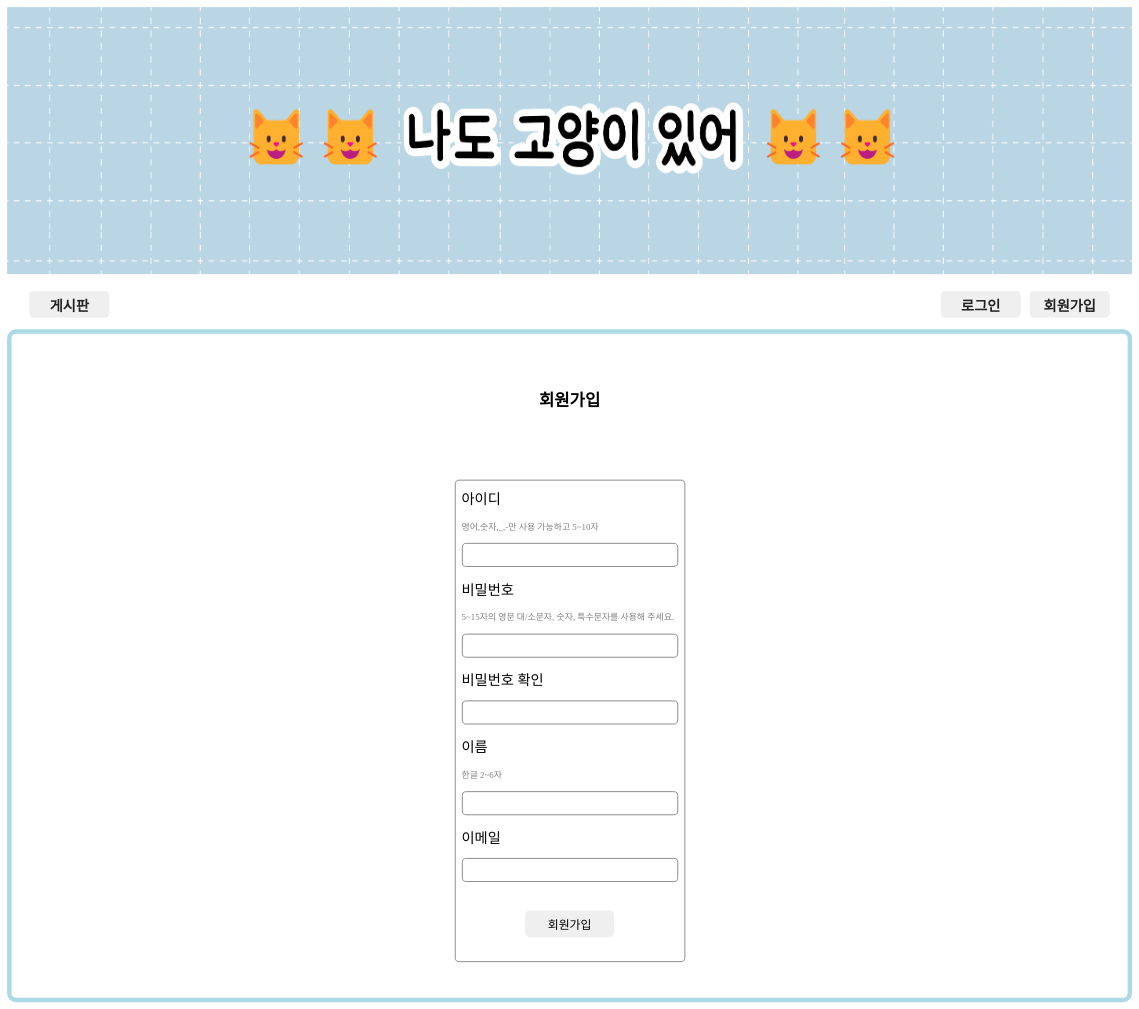
Repository: hh7711/Goit
Page: http://localhost/Goit/WEB-INF/views/signUpPage.jsp
These files come from the project's save history. The page is drawn as it stood at one moment and after the next save; the edit follows.
The browser window is 1280 px wide. The pictures show the whole page, at 89% of full size.
Some web fonts or font styles are not loaded; a fallback is used. The page is served by Tomcat 9. Nobody is signed in. Other server files are loaded and not shown. The template is opened directly, without the code that normally fills it, so the values that code supplies are empty.

Above is the page before, as saved 2023-08-03 07:11:44.

### Goit/src/main/webapp/WEB-INF/views/signUpPage.jsp
<%@ page language="java" contentType="text/html; charset=UTF-8"
    pageEncoding="UTF-8"%>
<%@ taglib prefix="c" uri="http://java.sun.com/jsp/jstl/core" %>
<!DOCTYPE html>
<html>
<head>
<meta charset="UTF-8">
<title>나도 고양이 있어</title>
    <style>
    	@font-face {
		    font-family: 'Dovemayo_gothic';
		    src: url('https://cdn.jsdelivr.net/gh/projectnoonnu/noonfonts_2302@1.1/Dovemayo_gothic.woff2') format('woff2');
		    font-weight: normal;
		    font-style: normal;
		}
		body,button,textarea {
			font-family: 'Dovemayo_gothic';
		}
		#main1{
			border: 5px solid lightblue;
			border-radius: 10px;
		}
		.headBtnDiv{
			margin-bottom: 30px; margin-top: 10px;
			margin-left: 20px; margin-right: 20px;
		}
    	.headBtn{
        	border: 0.5px;
        	width: 90px;
        	height: 30px;
        	color: rgb(34, 34, 34);
        	border-radius: 5px;
        	font-size: medium;
        	font-weight: bold;
        	margin: 5px;
        }
        .headBtn:hover{
        	background-color: rgb(211, 253, 255);
        }
        .headId{
        	font-size: medium;
        	font-weight: bold;
        	margin-top: 8px; margin-left: 5px; margin-right: 5px; margin-bottom: 10px;
        }
        table{
            margin-left: auto; margin-right: auto;
            margin-top: 40px; margin-bottom: 40px;
            border: 0.2px solid gray;
            border-radius: 5px;
            align-content: center;
        }
        tr,td{
        	padding: 5px;
        }
        input{
            /* border-top: none; border-left: none; border-right: none; */
            /* border-bottom: 0.5px solid; */
            /* border-top-left-radius: 5px; border-top-right-radius: 5px; */
            border: 0.5px solid gray;
            border-radius: 5px;
            height: 23px;
            font-family: 'Dovemayo_gothic';
        }
        .write:focus{
            background-color: #E8F5FF;
            color: rgb(75, 75, 75);
            outline: none;
            /* box-shadow: 0 0 0 2px #f00; */
        }
        #signUp{
            border: none;
            border-radius: 5px;
            width: 100px;
            height: 30px;
        }
        #signUp:hover{
            background-color: #E8F5FF;
        }
    </style>
</head>
<body>
<!-- 상단 -->
	<div>
		<a href="mainPage">
			<img style="height: 300px;" alt="오류" src="resources/main/main15.png" width="100%">
		</a>
	</div>
	<div class="headBtnDiv">
		<button type="button" class="headBtn" style="float: left;" onclick="location.href='boardList'">게시판</button>
		<c:if test="${dto == null}">
			<button type="button" class="headBtn" style="float: right;" onclick="location.href='signUpPage'">회원가입</button>
			&nbsp;<button type="button" class="headBtn" style="float: right;" onclick="location.href='signInPage'">로그인</button>
		</c:if>
		<c:if test="${dto != null}">
			<button type="button" class="headBtn" style="float: right;" onclick="location.href='signOut'">로그아웃</button>&nbsp;
			<button type="button" class="headBtn" style="float: right;" onclick="location.href='myPage'">마이페이지</button>
			<span class="headId" style="float: right;">${dto.id}님</span>
		</c:if>
	</div>
<!-- 상단 -->
	<div id="main1">
		<div id="main2">
			<div><!-- 본문 -->
				<div style="text-align: center; padding: 20px; margin-top: 20px;">
					<h3>회원가입<h3>
				</div>
				<form method="post" action="signUp" name="signup">
					<table>
						<tr>
			                <td>아이디</td>
						</tr>
						<tr>
			                <td style="color: gray; font-size: x-small;">
			                	영어,숫자,_,-만 사용 가능하고 5~10자
			                </td>
						</tr>
			            <tr>
			                <td>
			                    <!-- <input type="text" name="id" id="id" placeholder="아이디를 입력하세요"> -->
			                    <input type="text" name="id" id="id" class="write" size="30" maxlength="10">
			                </td>
			            </tr>
						<tr id="idX" style="display: none;">
							<td>
			                   	사용할 수 없는 아이디입니다. 다른 아이디를 입력해 주세요.
			                </td>
						</tr>
						<tr id="idO" style="display: none;">
			                <td>
				                    사용 가능한 아이디 입니다.
			                </td>
						</tr>
						<tr>
			                <td>
			                	비밀번호
			                </td>
						</tr>
						<tr>
			                <td style="color: gray; font-size: x-small;">
			                	5~15자의 영문 대/소문자, 숫자, 특수문자를 사용해 주세요.
			                </td>
						</tr>
			            <tr>
			                <td>
			                    <input type="password" id="pwd1" class="write" size="30" maxlength="15">
			                </td>
			            </tr>
						<tr>
			                <td>비밀번호 확인</td>
						</tr>
			            <tr>
			                <td>
			                    <input type="password" name="pwd" id="pwd2" class="write" size="30" maxlength="15">
			                </td>
			            </tr>
			            <tr id="pwdX" style="display: none;">
			                <td>
			                    비밀번호가 일치하지 않습니다.
			                </td>
			            </tr>
			            <tr id="pwdO" style="display: none;">
			                <td>
								비밀번호가 일치합니다.
			                </td>
			            </tr>
						<tr>
			                <td>이름</td>
						</tr>
						<tr>
			                <td style="color: gray; font-size: x-small;">
			                	한글 2~6자
			                </td>
						</tr>
			            <tr>
			                <td colspan="2">
			                    <input type="text" name="name" id="name" class="write" size="30" maxlength="6">
			                </td>
			            </tr>
						<tr>
			                <td>이메일</td>
						</tr>
			            <tr>
			                <td colspan="2">
			                    <input type="text" name="email" id="email" class="write" size="30">
			                </td>
			            </tr>
			            <tr>
			                <td align="center">
			                    <div style="margin: 20px;">
			                        <button type="button" id="signUp">회원가입</button>
			                    </div>
			                </td>
			            </tr>
					</table>
				</form>
			</div><!-- 본문 -->
		</div><!-- main1 -->
	</div><!-- main2 -->
    <script src="https://ajax.googleapis.com/ajax/libs/jquery/3.3.1/jquery.min.js"></script>
    <script type="text/javascript">
        var idCheck = false;
        var pwdCheck = false;
        $("#id").on("propertychange change keyup paste input", function () {
        	var id = $(this).val();
            $.ajax({
                url: "idCheck",
                type: "post",
                data: {id : id},
                dataType: "json",
                success : function(result) {
                    if (result == 2) {
                        $("#idO").show();
                        $("#idX").hide();
                        idCheck = true;
                    }else if (result == 1) {
                        $("#idX").show();
                        $("#idO").hide();
                        idCheck;
                    }
                },
                error: function(){
                    alert("오류");
                }
            });
        });
        $("#pwd2").on("propertychange change keyup paste input", function () {
        	console.log("비밀번호 입력중")
			if ($("#pwd1").val() != $("#pwd2").val()) {
			    $("#pwdX").show();
			    $("#pwdO").hide();
			}else if ($("#pwd1").val() == $("#pwd2").val()) {
			    $("#pwdO").show();
			    $("#pwdX").hide();
			}
        });
//      아이디, 비밀번호, 이름, 이메일 유효성검사를 위한 정규식
// 		영어,숫자,_,-만 사용 가능하고 5~10자
        var userIdCheck = RegExp(/^[A-Za-z0-9_\-]{5,10}$/);
//      영문 대/소문자, 숫자, 특수문자를 하나 이상 포함하여 5~15자
        var userPwdCheck = (/^(?=.*[a-z])(?=.*[A-Z])(?=.*[0-9])(?=.*[!@#$%^*?]).{5,15}$/);
//         한글 2~6자
        var userNameCheck = RegExp(/^[가-힣]{2,6}$/);

        var userEmailCheck = RegExp(/^[A-Za-z0-9_\.\-]+@[A-Za-z0-9\-]+\.[A-Za-z0-9\-]+/);

//      회원가입 버튼 눌렀을때
        $("#signUp").on("click", function() {
			if ($("#id").val() == "") {
				alert("아이디를 입력해주세요.");
				$("#id").focus();
				return false;
			}
			if(!userIdCheck.test($("#id").val())){
		        alert("아이디 형식에 맞게 입력해주세요.");
		        $("#id").focus();
		        return false;
	      	}
        	if (idCheck == false) {
        		alert("이미 존재하는 아이디 입니다.");
				$("#id").focus();
				return false;
			}
			if ($("#id").val().length < 5) {
				alert("아이디는 5글자 이상이여야 합니다");
				$("#id").focus();
				return false;
			}
			if ($("#pwd1").val() == "" || $("#pwd2").val() == "") {
				alert("비밀번호를 입력해주세요.");
				$("#pwd1").focus();
				return false;
			}
			if ($("#id").val() == $("#pwd1").val()) {
				alert("아이디를 비밀번호로 사용할 수 없습니다.");
				$("#pwd1").val("");
				$("#pwd1").focus();
				return false;
			}
			if ($("#pwd1").val().length < 5) {
				alert("비밀번호는 5자 이상이여야 합니다.");
				$("#pwd1").focus();
				return false;
			}
			if ($("#pwd1").val() != $("#pwd2").val()) {
				alert("비밀번호가 일치하지 않습니다.");
				$("#pwd1").focus();
				return false;
			}
			if(!userPwdCheck.test($("#pwd1").val())){
		        alert("비밀번호 형식에 맞게 입력해주세요.");
		        $("#pwd1").focus();
		        return false;
	      	}
			if ($("#name").val() == "") {
				alert("이름을 입력해주세요.");
				$("#name").focus();
				return false;
			}
			if(!userNameCheck.test($("#name").val())){
		        alert("이름똑바로~");
		        $("#name").focus();
		        return false;
	      	}
			if ($("#email").val() == "") {
				alert("이메일을 입력해주세요.");
				$("#email").focus();
				return false;
			}
			if(!userEmailCheck.test($("#email").val())){
		        alert("이메일주소가 올바르지 않습니다.");
		        $("#email").focus();
		        return false;
	      	}
			document.signup.submit();
		});
    </script>
</body>
</html>

After the next save:
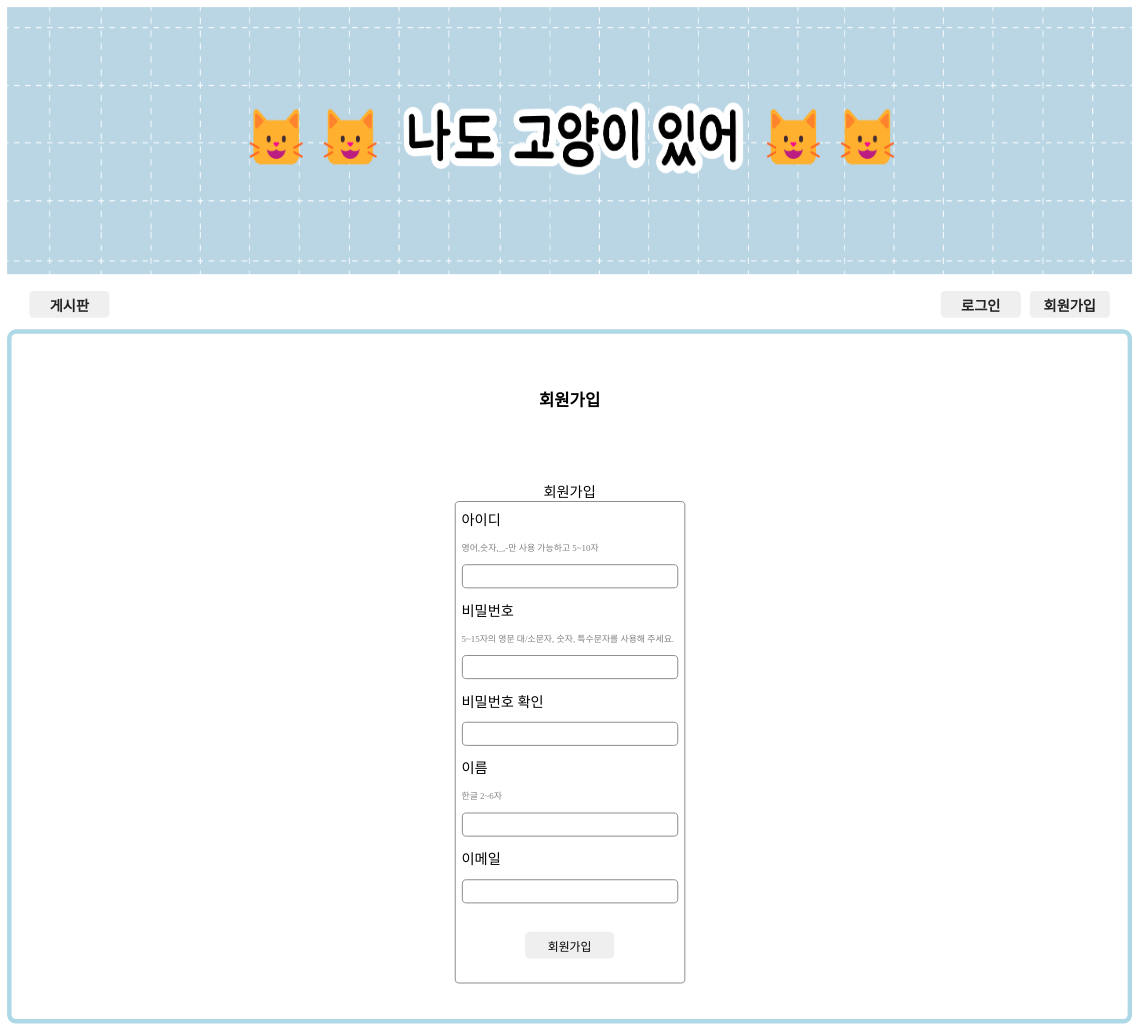
Saved 18 s later.
--- a/Goit/src/main/webapp/WEB-INF/views/signUpPage.jsp
+++ b/Goit/src/main/webapp/WEB-INF/views/signUpPage.jsp
@@ -106,6 +106,7 @@
 				</div>
 				<form method="post" action="signUp" name="signup">
 					<table>
+						<caption>회원가입</caption>
 						<tr>
 			                <td>아이디</td>
 						</tr>
